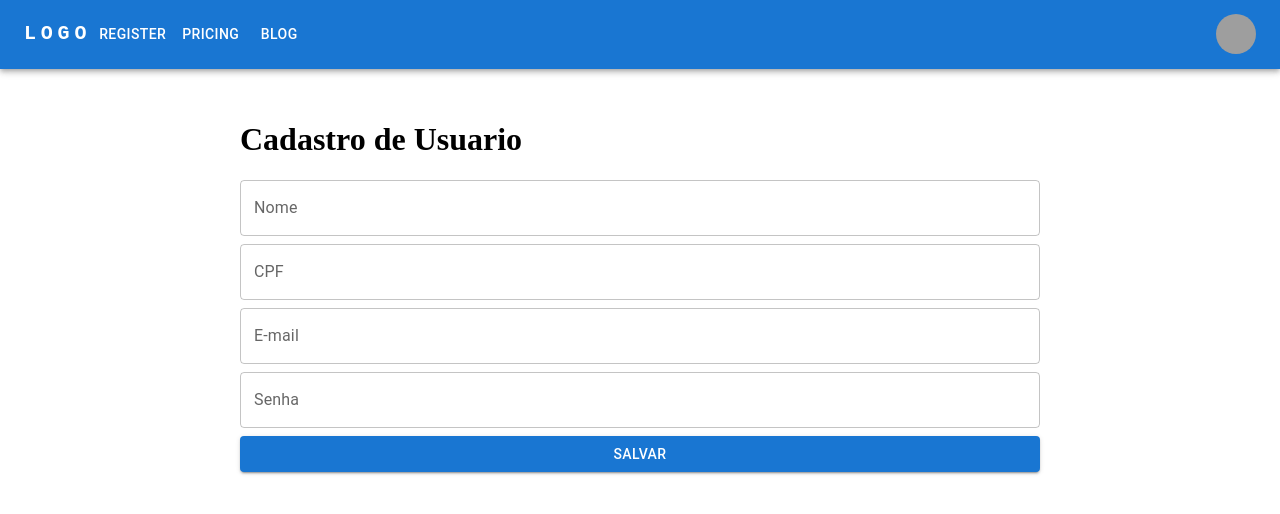
Repository: GabrielLeao02/sistema-react
Page: /register
An editor plug-in stored every save of this project. The page is shown before and after the next save, followed by the edit.
The browser window is 1280 px wide. The pictures show the whole page.
Pictures or frames that could not be fetched are drawn as grey boxes. The project was rebuilt for these pictures with package versions that can differ from the ones it lists, and the page was loaded fresh each time. Also part of the build but not shown: src/presenter/home/home.tsx.

Above is the page before, as saved 2023-07-24 15:06:15.

### index.html
<!DOCTYPE html>
<html lang="en">
  <head>
    <meta charset="UTF-8" />
    <link rel="icon" type="image/svg+xml" href="/vite.svg" />
    <meta name="viewport" content="width=device-width, initial-scale=1.0" />
    <title>Vite + React + TS</title>
    <style>
      html, body{
        margin: 0;
        padding: 0;
        box-sizing: border-box;
      }
    </style>
  </head>
  <body>
    <div id="root"></div>
    <script type="module" src="/src/main.tsx"></script>
  </body>
</html>

### src/App.tsx

import { Routes, Route, BrowserRouter } from 'react-router-dom';
import Home from './presenter/home/home';
import Register from './presenter/register/register';
import NavBar from './presenter/navBar/navBar';
import ContainerGlobal from './presenter/containerGlobal/containerGlobal';

function App() {
	return (
		<>
			<NavBar />
			<ContainerGlobal>
				<BrowserRouter>
					<Routes>
						<Route path='/' element={<Home />} />
						<Route path='/home' element={<Home />} />
						<Route path='/register' element={<Register />} />
					</Routes>
				</BrowserRouter>
			</ContainerGlobal>
		</>
	);
}

export default App;

### src/presenter/register/register.tsx
import { styled } from "styled-components";
import Button from '@mui/material/Button';
import NavBar from '../navBar/navBar';
import { useState } from 'react';
import FormUser from "../form/formUser";

const ContainerStyled = styled.div`
  box-sizing: border-box;
  display: flex;
  justify-content: center;
  flex-direction: column;
  align-items: start;
  margin-top: 80px;
  width: 80%;
  max-width: 800px;
`;

const DivRowStyled = styled.div`
    box-sizing: border-box;
    display: flex;
    gap: 5px 10px;
`


function Register() {
    const [mostrarBotao, setMostrar] = useState(true);

    return (
        <>

            <ContainerStyled>
                <h1>Cadastro de Usuario</h1>
                <FormUser />
            </ContainerStyled>
        </>
    )
}
export default Register

### src/presenter/navBar/navBar.tsx
import * as React from 'react';
import AppBar from '@mui/material/AppBar';
import Box from '@mui/material/Box';
import Toolbar from '@mui/material/Toolbar';
import IconButton from '@mui/material/IconButton';
import Typography from '@mui/material/Typography';
import Menu from '@mui/material/Menu';
import MenuIcon from '@mui/icons-material/Menu';
import Container from '@mui/material/Container';
import Avatar from '@mui/material/Avatar';
import Button from '@mui/material/Button';
import Tooltip from '@mui/material/Tooltip';
import MenuItem from '@mui/material/MenuItem';
import { styled } from "styled-components";

const NavBarStyled = styled.div`
  box-sizing: border-box;
  position: absolute;
  top: 0;
  width: 100%;
  display: flex;
  border: non;
  justify-content: space-between;
  align-items: center;
`;

const pages = ['register', 'Pricing', 'Blog'];
const settings = ['Profile', 'Account', 'Dashboard', 'Logout'];

const NavBar: React.VFC = () => {
    const [anchorElNav, setAnchorElNav] = React.useState<null | HTMLElement>(null);
    const [anchorElUser, setAnchorElUser] = React.useState<null | HTMLElement>(null);

    const handleOpenNavMenu = (event: React.MouseEvent<HTMLElement>) => {
        setAnchorElNav(event.currentTarget);
    };
    const handleOpenUserMenu = (event: React.MouseEvent<HTMLElement>) => {
        setAnchorElUser(event.currentTarget);
    };

    const handleCloseNavMenu = (event: string) => {
        window.location.href = "/" + event;
    };

    const handleCloseUserMenu = () => {
        setAnchorElUser(null);
    };

    return (
        <NavBarStyled>
            <AppBar position="static">
                <Container maxWidth="xl">
                    <Toolbar disableGutters>
                        <Typography
                            variant="h6"
                            noWrap
                            component="a"
                            href="/home"
                            sx={{
                                fontFamily: 'monospace',
                                fontWeight: 700,
                                letterSpacing: '.3rem',
                                color: 'inherit',
                                textDecoration: 'none',
                            }}
                        >
                            LOGO
                        </Typography>

                        <Box sx={{ flexGrow: 1, display: { xs: 'flex', md: 'none' } }}>
                            <IconButton
                                size="large"
                                aria-label="account of current user"
                                aria-controls="menu-appbar"
                                aria-haspopup="true"
                                onClick={handleOpenNavMenu}
                                color="inherit"
                            >
                                <MenuIcon />
                            </IconButton>
                            <Menu
                                id="menu-appbar"
                                anchorEl={anchorElNav}
                                anchorOrigin={{
                                    vertical: 'bottom',
                                    horizontal: 'left',
                                }}
                                keepMounted
                                transformOrigin={{
                                    vertical: 'top',
                                    horizontal: 'left',
                                }}
                                open={Boolean(anchorElNav)}
                                onClose={handleCloseNavMenu}
                                sx={{
                                    display: { xs: 'block', md: 'none' },
                                }}
                            >
                                {pages.map((page) => (
                                    <MenuItem key={page} onClick={() => handleCloseNavMenu(page)}>
                                        <Typography textAlign="center">{page}</Typography>
                                    </MenuItem>
                                ))}
                            </Menu>
                        </Box>

                        <Box sx={{ flexGrow: 1, display: { xs: 'none', md: 'flex' } }}>
                            {pages.map((page) => (
                                <Button
                                    key={page}
                                    onClick={() => handleCloseNavMenu(page)}
                                    sx={{ my: 2, color: 'white', display: 'block' }}
                                >
                                    {page}
                                </Button>
                            ))}
                        </Box>

                        <Box sx={{ flexGrow: 0 }}>
                            <Tooltip title="Open settings">
                                <IconButton onClick={handleOpenUserMenu} sx={{ p: 0 }}>
                                    <Avatar alt="Remy Sharp" src="/static/images/avatar/2.jpg" />
                                </IconButton>
                            </Tooltip>
                            <Menu
                                sx={{ mt: '45px' }}
                                id="menu-appbar"
                                anchorEl={anchorElUser}
                                anchorOrigin={{
                                    vertical: 'top',
                                    horizontal: 'right',
                                }}
                                keepMounted
                                transformOrigin={{
                                    vertical: 'top',
                                    horizontal: 'right',
                                }}
                                open={Boolean(anchorElUser)}
                                onClose={handleCloseUserMenu}
                            >
                                {settings.map((setting) => (
                                    <MenuItem key={setting} onClick={handleCloseUserMenu}>
                                        <Typography textAlign="center">{setting}</Typography>
                                    </MenuItem>
                                ))}
                            </Menu>
                        </Box>
                    </Toolbar>
                </Container>
            </AppBar>
        </NavBarStyled>
    );
};

export default NavBar;

### src/presenter/containerGlobal/containerGlobal.tsx
import styled from "styled-components";

const ContainerGlobal = styled.div`
    padding: 20px;
    box-sizing: border-box;
    width: 100%;
    display: flex;
    justify-content: center;

`
export default ContainerGlobal

### src/presenter/form/formUser.tsx
import React, { useState } from "react";
import Button from "@mui/material/Button";
import TextField from "@mui/material/TextField";
import styled from "styled-components";
import ContainerGlobal from "../containerGlobal/containerGlobal";
import { SelectChangeEvent } from '@mui/material/Select';
import { isCNPJ, formatToCNPJ, isCPF } from 'brazilian-values';
import bcrypt from 'bcryptjs';
const FormStyled = styled.div`
  box-sizing: border-box;
  display: flex;
  flex-direction: column;
  width: 100%;
  gap: 8px;
`;

function FormUser() {
    const [usuario_email_error, setUsuarioEmailError] = useState(false);
    const [emailErrorText, setEmailErrorText] = useState("");
    const [cpfErrorText, setCpfErrorText] = useState("");
    const [isCpf, setIsCpf] = useState(false);
    const [formData, setFormData] = useState({
        usuario_nome: "",
        usuario_cpf: "",
        usuario_email: "",
        usuario_senha: ""

    });

    const handleChange = (e: SelectChangeEvent<string[]> | React.ChangeEvent<{ name: string; value: unknown }>) => {
        const { name, value } = e.target as HTMLInputElement;
        setFormData((prevData) => ({ ...prevData, [name]: value }));
    };

    const isEmailValid = (email: string) => {
        // Expressão regular para validar o email
        const emailRegex = /^[^\s@]+@[^\s@]+\.[^\s@]+$/;
        return emailRegex.test(email);
    };


    const handleSubmit = async () => {
        try {
            const { usuario_nome, usuario_cpf, usuario_email, usuario_senha } = formData;

            if (!isCPF(usuario_cpf)) {
                setIsCpf(true)
                setCpfErrorText("Cpf Invalido!")
                return;
            } else {
                setIsCpf(false)
                setCpfErrorText("")
            }

            if (!isEmailValid(usuario_email)) {
                setUsuarioEmailError(true)
                setEmailErrorText("Insira um email valido!")
                return;
            } else {
                setUsuarioEmailError(false)
                setEmailErrorText("")
            }

            const saltRounds = 10;
            const hashedPassword = await bcrypt.hash(usuario_senha, saltRounds);
            formData.usuario_senha = hashedPassword;
            const response = await fetch("http://localhost:5000/salvarusuario", {
                method: "POST",
                headers: {
                    "Content-Type": "application/json",
                },
                body: JSON.stringify(formData),
            });

            if (!response.ok) {
                throw new Error("Erro ao salvar os dados do formulário");
            }

            console.log(response.json());
            // Opcionalmente, você pode redefinir os campos do formulário aqui
            setFormData({
                usuario_nome: "",
                usuario_cpf: "",
                usuario_email: "",
                usuario_senha: ""
            });
        } catch (error) {
            console.error(error);
        }
    };

    return (
        <>

                <FormStyled>
                    <TextField
                        id="usuario_nome"
                        name="usuario_nome"
                        label="Nome"
                        variant="outlined"
                        value={formData.usuario_nome}
                        onChange={handleChange}
                    />
                    <TextField
                        id="usuario_cpf"
                        name="usuario_cpf"
                        label="CPF"
                        error={isCpf}
                        variant="outlined"
                        value={formData.usuario_cpf}
                        onChange={handleChange}
                        helperText={cpfErrorText}
                    />
                    <TextField
                        id="usuario_email"
                        name="usuario_email"
                        error={usuario_email_error}
                        label="E-mail"
                        type="email"
                        variant="outlined"
                        value={formData.usuario_email}
                        onChange={handleChange}
                        helperText={emailErrorText}
                    />                    <TextField
                        id="usuario_senha"
                        name="usuario_senha"
                        error={usuario_email_error}
                        label="Senha"
                        type="password"
                        variant="outlined"
                        value={formData.usuario_senha}
                        onChange={handleChange}
                        helperText={emailErrorText}
                    />

                    <Button variant="contained" onClick={handleSubmit}>
                        Salvar
                    </Button>
                </FormStyled>

        </>
    );
}

export default FormUser;

Loaded but not shown: src/main.tsx (common file)

After the next save:
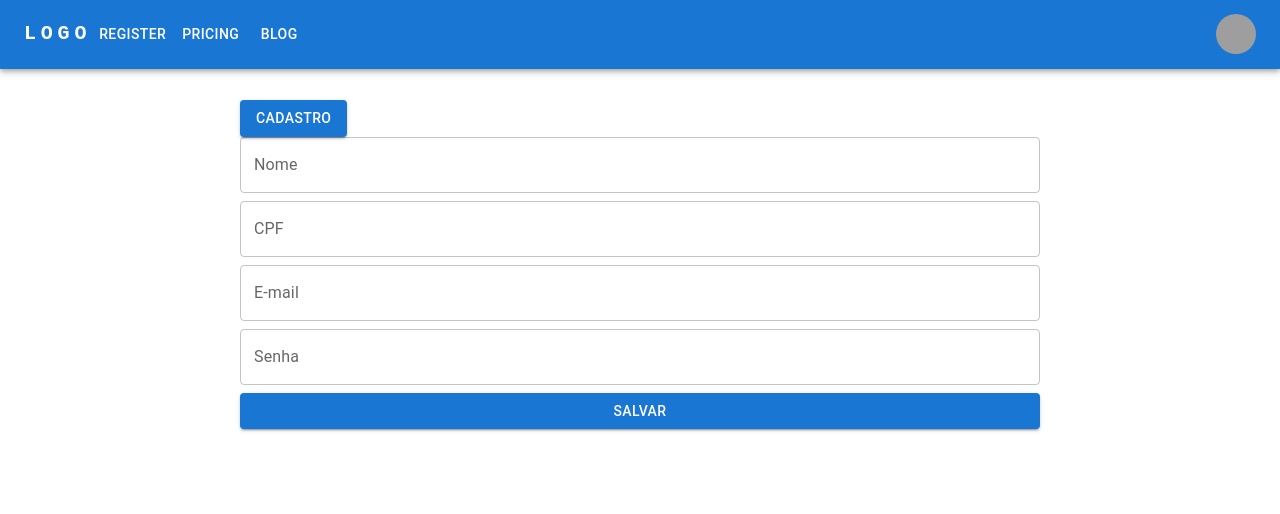
Saved 70 s later.
--- a/src/presenter/register/register.tsx
+++ b/src/presenter/register/register.tsx
@@ -29,7 +29,9 @@ function Register() {
         <>
 
             <ContainerStyled>
-                <h1>Cadastro de Usuario</h1>
+                <Button variant="contained">
+                    Cadastro
+                </Button>
                 <FormUser />
             </ContainerStyled>
         </>
